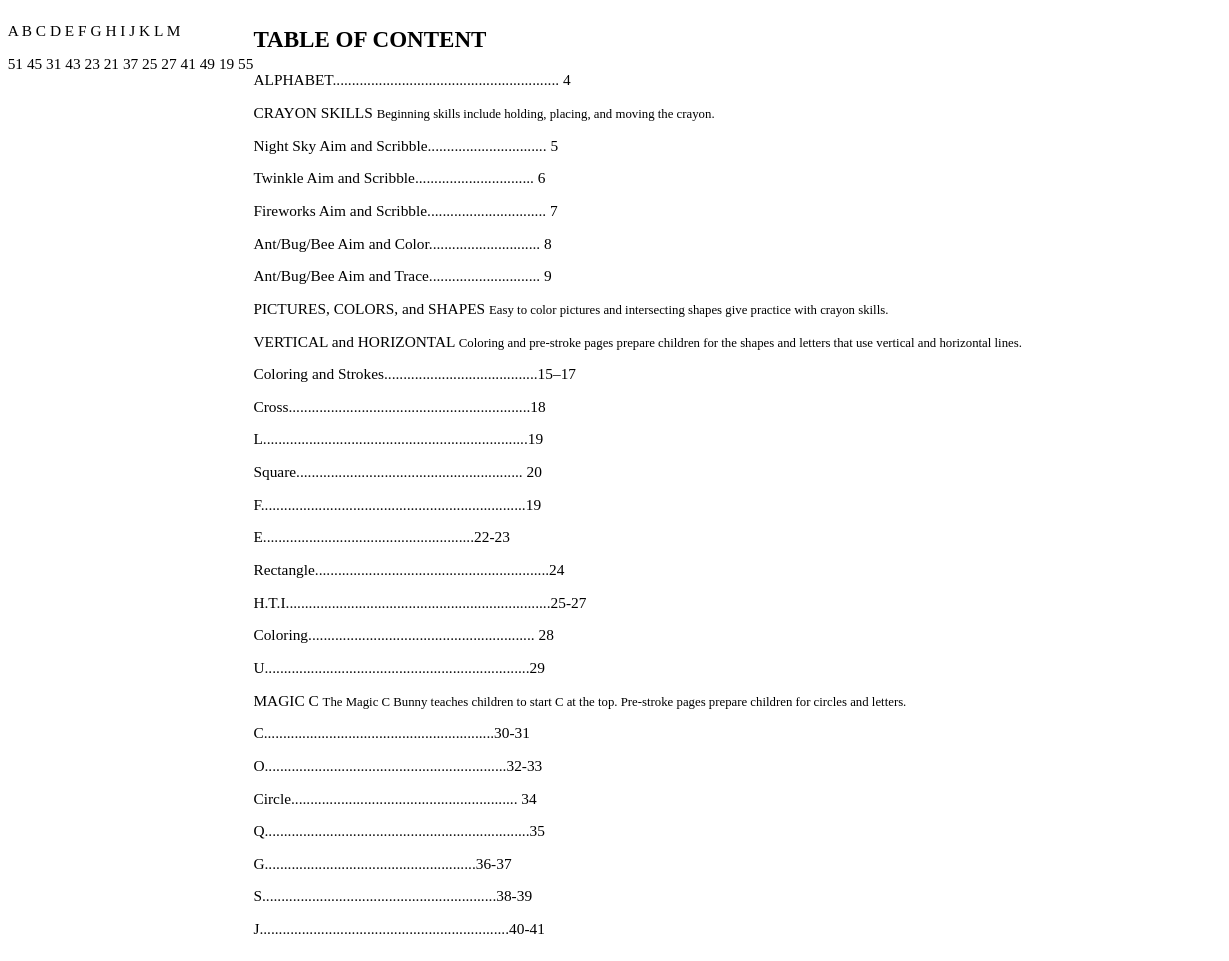
Repository: nickeone/magda-css-flex
Page: index.html
An editor plug-in stored every save of this project. The page is shown before and after the next save, followed by the edit.
The browser window is 1280 px wide. The pictures show the whole page, at 96% of full size.

Above is the page before, as saved 2021-06-14 22:38:03.

### index.html
<!DOCTYPE html>
<html lang="en">
<head>
  <meta charset="UTF-8">
  <meta http-equiv="X-UA-Compatible" content="IE=edge">
  <meta name="viewport" content="width=device-width, initial-scale=1.0">
  <title>Document</title>
  <link rel="stylesheet" href="./assets/style.css">
</head>
<body>
  <div class="container">
    <div class="top-head">
      <div class="head-letters">
        <p>A B C D E F G H I J K L M</p>
      </div>
      <div class="head-digits">
        <p>51 45 31 43 23 21 37 25 27 41 49 19 55</p>
      </div>
    </div>

    <div class="full-line">
      <h2>TABLE OF CONTENT</h2>
      <div class="left-column">
        <p>ALPHABET........................................................... 4</p>
      </div>
      <div class="full-line">
        <p>CRAYON SKILLS <small>Beginning skills include holding, placing, and moving the crayon.</small></p>
      </div>
      <div class="two-columns">
        <div class="left-column">
          <p>Night Sky Aim and Scribble............................... 5</p>
          <p>Twinkle Aim and Scribble............................... 6</p>
          <p>Fireworks Aim and Scribble............................... 7</p>
        </div>
        <div class="right-column">
          <p>Ant/Bug/Bee Aim and Color............................. 8</p>
          <p>Ant/Bug/Bee Aim and Trace............................. 9</p>
        </div>
      </div>


      <div class="full-line">
        <p>PICTURES, COLORS, and SHAPES <small>Easy to color pictures and intersecting shapes give practice with crayon skills.</small></p>
      </div>

      <div class="full-line">
        <p>VERTICAL and HORIZONTAL <small>Coloring and pre-stroke pages prepare children for the shapes and letters that use vertical and horizontal lines.</small></p>
      </div>
      <div class="two-columns">
        <div class="left-column">
          <p>Coloring and Strokes........................................15–17</p>
          <p>Cross...............................................................18</p>
          <p>L.....................................................................19</p>
          <p>Square........................................................... 20</p>
          <p>F.....................................................................19</p>
        </div>
        <div class="right-column">
          <p>E.......................................................22-23</p>
          <p>Rectangle.............................................................24</p>
          <p>H.T.I.....................................................................25-27</p>
          <p>Coloring........................................................... 28</p>
          <p>U.....................................................................29</p>
        </div>
      </div>

      <div class="full-line">
        <p>MAGIC C <small>The Magic C Bunny teaches children to start C at the top. Pre-stroke pages prepare children for circles and letters.</small></p>
      </div>
      <div class="two-columns">
        <div class="left-column">
          <p>C............................................................30-31</p>
          <p>O...............................................................32-33</p>
          <p>Circle........................................................... 34</p>
          <p>Q.....................................................................35</p>
        </div>
        <div class="right-column">
          <p>G.......................................................36-37</p>
          <p>S.............................................................38-39</p>
          <p>J.................................................................40-41</p>
        </div>
      </div>

    </div>
  </div>

</body>
</html>

### assets/style.css
.container {
    display: flex;
}

.left-column {
    flex:1
}

.right-column {
    flex:1
}

After the next save:
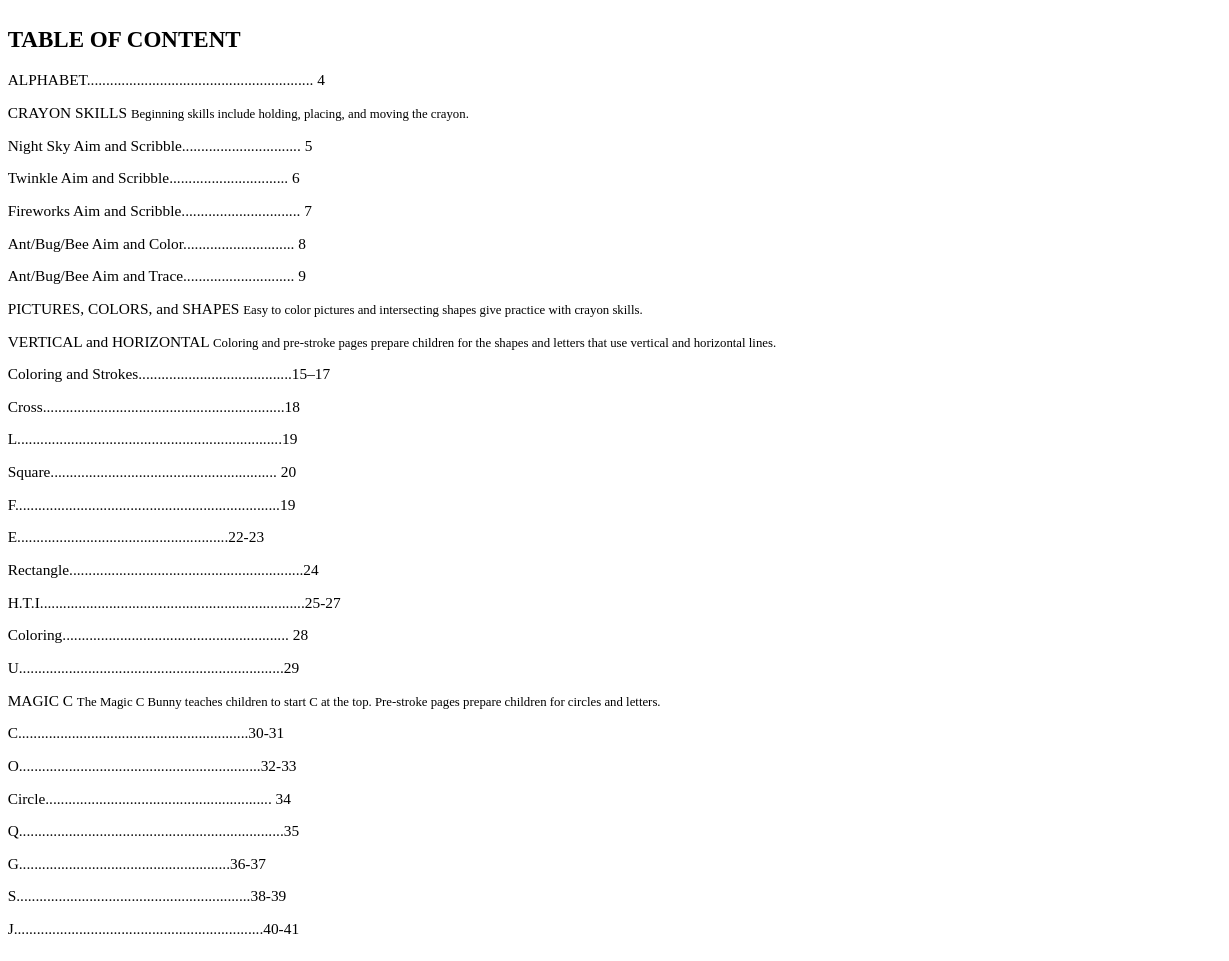
Saved 70 s later.
--- a/index.html
+++ b/index.html
@@ -9,14 +9,7 @@
 </head>
 <body>
   <div class="container">
-    <div class="top-head">
-      <div class="head-letters">
-        <p>A B C D E F G H I J K L M</p>
-      </div>
-      <div class="head-digits">
-        <p>51 45 31 43 23 21 37 25 27 41 49 19 55</p>
-      </div>
-    </div>
+
 
     <div class="full-line">
       <h2>TABLE OF CONTENT</h2>

After the save that followed:
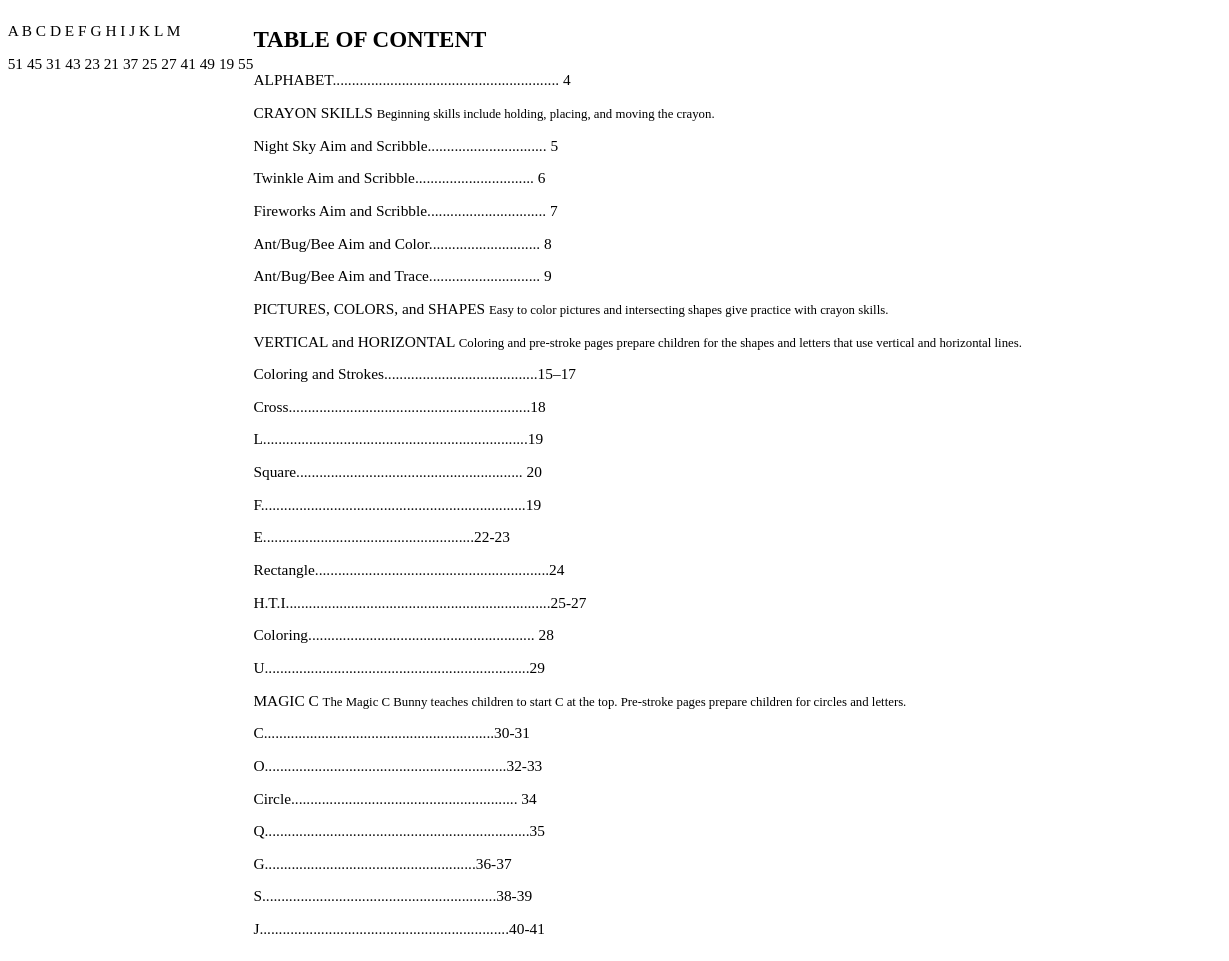
Saved 49 s later.
--- a/index.html
+++ b/index.html
@@ -9,7 +9,14 @@
 </head>
 <body>
   <div class="container">
-
+    <div class="full-line">
+      <div class="head-letters">
+        <p>A B C D E F G H I J K L M</p>
+      </div>
+      <div class="head-digits">
+        <p>51 45 31 43 23 21 37 25 27 41 49 19 55</p>
+      </div>
+    </div>
 
     <div class="full-line">
       <h2>TABLE OF CONTENT</h2>
